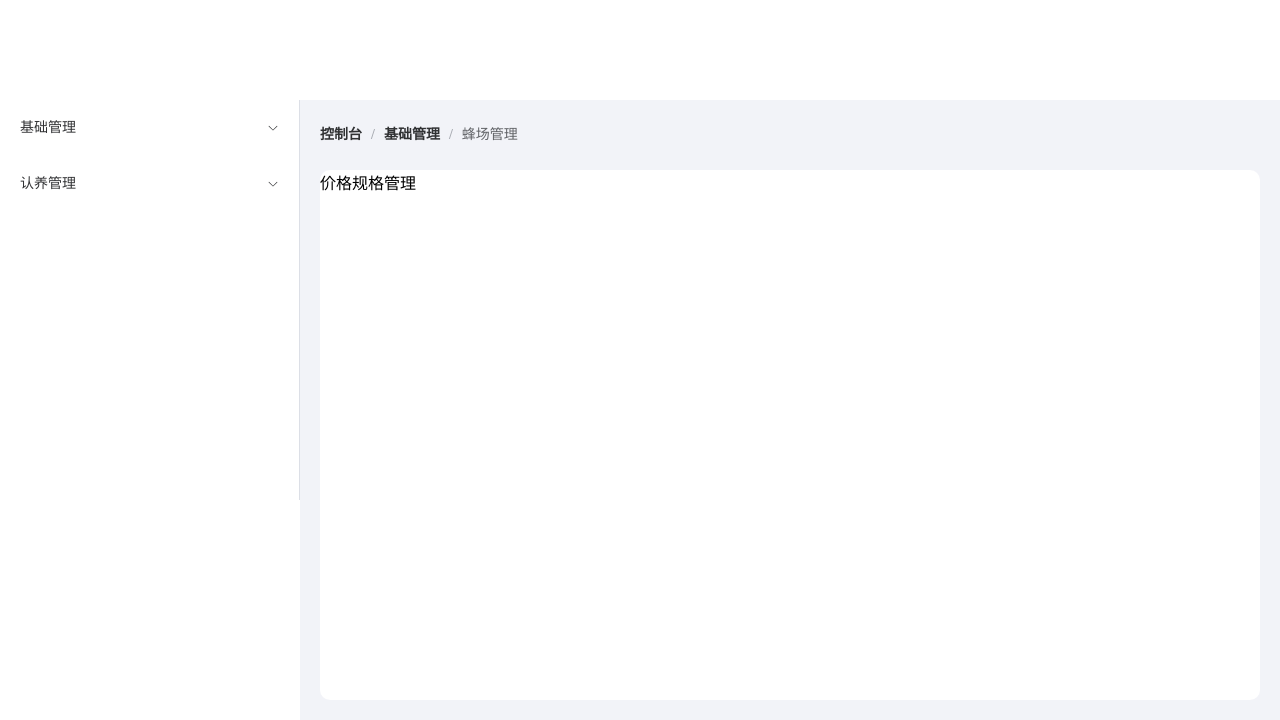
Repository: secret47/test-office-demo
Page: /dashboard/adopt/price
These files come from the project's save history. The page is drawn as it stood at one moment and after the next save; the edit follows.
The browser window is 1280 px wide. The pictures show the whole page.
The project was rebuilt for these pictures with package versions that can differ from the ones it lists, and the page was loaded fresh each time. Also part of the build but not shown: vite.config.js.

Above is the page before, as saved 2024-10-29 15:04:19.

After the next save:
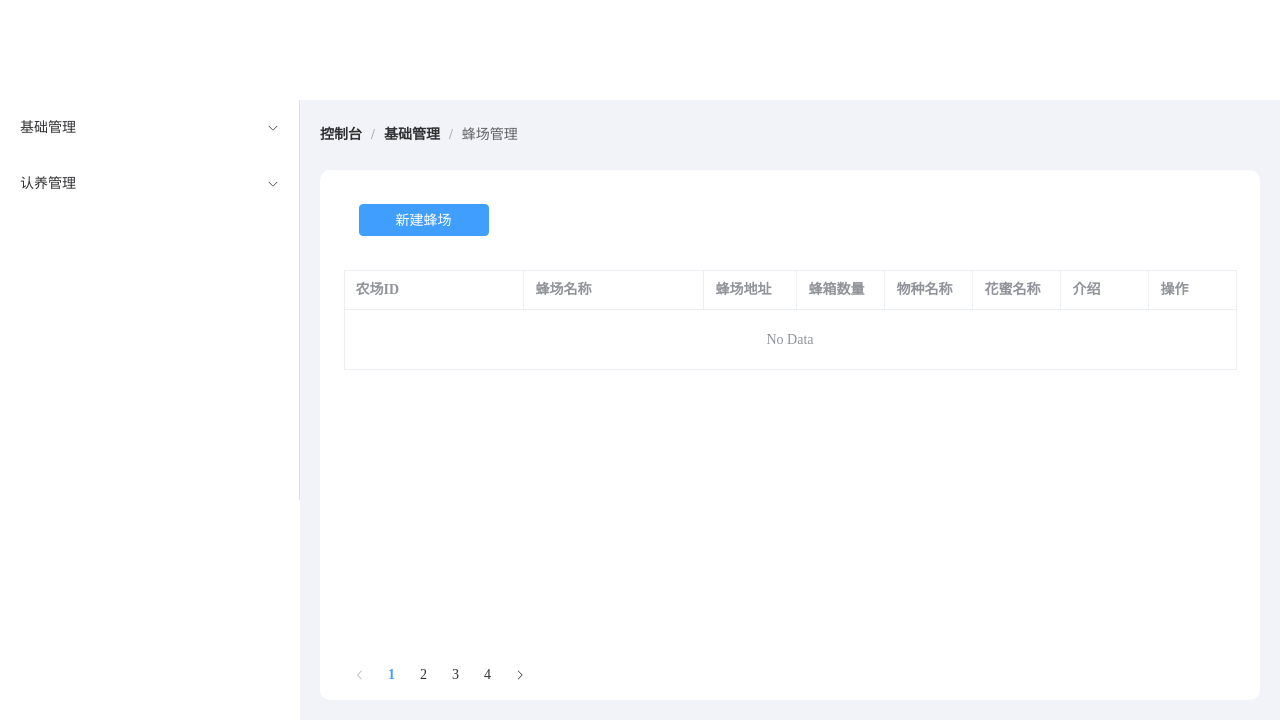
Saved 16 min 3 s later.
--- a/src/views/dashboard/adopt/price/index.vue
+++ b/src/views/dashboard/adopt/price/index.vue
@@ -1,3 +1,37 @@
 <template>
-    <div>价格规格管理</div>
+    <div class="main-container">
+        <div class="searchBox">
+            <el-button type="primary" class="new" @click="openCreateDialog">新建蜂场</el-button>
+        </div>
+        <div class="list">
+            <div class="tables">
+                <el-table border :data="farmList"> <el-table-column prop="farmId" label="农场ID"
+                        width="180"></el-table-column>
+                    <el-table-column prop="farmName" label="蜂场名称" width="180"></el-table-column>
+                    <el-table-column prop="address" label="蜂场地址"></el-table-column>
+                    <el-table-column prop="hiveNums" label="蜂箱数量">
+                        <template #default="scope">
+                            {{ scope.row.hiveNums }}
+                            <el-button>管理</el-button>
+                        </template>
+                    </el-table-column>
+                    <el-table-column prop="speciesName" label="物种名称"></el-table-column>
+                    <el-table-column prop="nectarName" label="花蜜名称"></el-table-column>
+                    <el-table-column prop="introduce" label="介绍"></el-table-column>
+                    <el-table-column label="操作">
+                        <template #default="scope">
+                            <el-link type="primary">更新蜂箱</el-link>
+                            &nbsp;
+                            <el-link type="primary">查看</el-link>
+                            &nbsp;
+                            <el-link type="danger">删除</el-link>
+                        </template>
+                    </el-table-column>
+                </el-table>
+            </div>
+            <div class="pages">
+                <el-pagination layout="prev, pager, next" :total="40" />
+            </div>
+        </div>
+    </div>
 </template>
